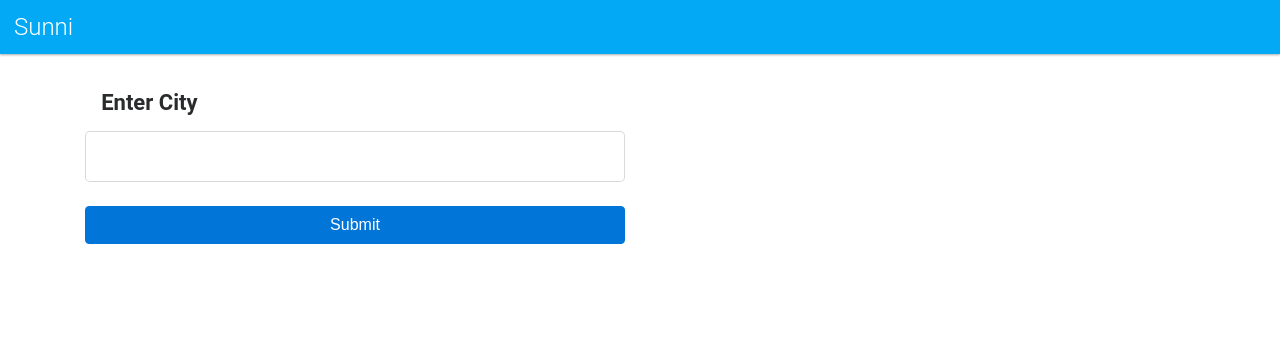
Repository: Oakga/Weather_app
Page: index.html
These files come from the project's save history. The page is drawn as it stood at one moment and after the next save; the edit follows.
The browser window is 1280 px wide. The pictures show the whole page.

Above is the page before, as saved 2017-09-22 05:24:24.

### index.html
<!DOCTYPE html>
<html>
<head>
    <meta charset="utf-8">
    <link rel="stylesheet" href="https://maxcdn.bootstrapcdn.com/bootstrap/4.0.0-alpha.6/css/bootstrap.min.css" integrity="sha384-rwoIResjU2yc3z8GV/NPeZWAv56rSmLldC3R/AZzGRnGxQQKnKkoFVhFQhNUwEyJ" crossorigin="anonymous">
    <!-- <link href='http://fonts.googleapis.com/css?family=Roboto:400,300,700' rel='stylesheet' type='text/css'> -->
    <link href="css/styles.css" rel="stylesheet" type="text/css">
    <script src="https://unpkg.com/axios/dist/axios.min.js"></script>
</head>
<body>
    <header>
        <h1>Sunni</h1>
    </header>
    <div class="container">
        <div class="row">
            <div class="col">
                <h2>Enter City</h2>
                <form id="location-form">
                    <input type="text" id="location-input" class="form-control form-control-lg "/>
                    <br>
                    <button type="submit" class="btn btn-primary btn-block">Submit</button>
                </form>
                <div id="formatted-address"></div>
                <div id="geometry-component"></div>
            </div>
            <div class="col"></div>
        </div>
        </div>
        <div class="container-fluid">

            <div id="weather-component"></div>
    </div>
    <script src="js/main.js"></script>
</body>
</html>

### css/styles.css
body {
    font-family: 'Roboto', 'Sans Serif';
    font-size: 16px;
    padding: 0;
    margin: 0;
}

header {
    background-color: #03A9F4;
    padding: 14px;
    box-shadow: 0 1px 3px rgba(0,0,0,0.12), 0 1px 2px rgba(0,0,0,0.24);
}

h1, h2, h3 {
    font-weight: 300;
}

header > h1 {
    font-weight: 300;
    font-size: 24px;
    margin: 0;
    color: #FFFFFF;
}

h2 {
    font-size: 22px;
    margin: 20px 0 0 0;
    padding: 3%;
    font-weight: bolder;
}

.table {
    border-radius: 5px;
    width: 50%;
    margin: 0px auto;
    float: none;
}

### js/main.js

let geoCode = (location) => {
    axios.get('https://maps.googleapis.com/maps/api/geocode/json',{
    params:{
        address: location,
        key: 'AIzaSyAkYBjwd7ygcP8GpAz47QsP3s3vaweLAE0'
    }
}).then(function(response){
    const formattedAddr = response.data.results[0].formatted_address;
    const formattedAddrOutput = `
            <ul class="list-group">
            <li class="list-group-item">
            ${formattedAddr}
            </li>
            </ul>
            `;
    let addressComponents = response.data.results[0].address_components;
    let lat = Math.round(response.data.results[0].geometry.location.lat*10000)/10000;
    let lng = Math.round(response.data.results[0].geometry.location.lng*10000)/10000;
    let geometryOutput = `
            <ul class="list-group">
            <li class="list-group-item">
            <strong>
            Latitude
            </strong>: ${lat}
            </li>
            <li class="list-group-item">
            <strong>
            Longitude
            </strong>: ${lng}
            </li>
            </ul>
            `;
    document.getElementById('formatted-address').innerHTML = formattedAddrOutput;
    document.getElementById('geometry-component').innerHTML = geometryOutput;

    darkSky(lat,lng);

})
.catch(function(error){
    const formattedAddrOutput = `
    <div class="alert alert-danger" role="alert">
    <strong>Unknown Location!</strong> Change a few things up and try submitting again.
    </div>
    `;
    document.getElementById('formatted-address').innerHTML = formattedAddrOutput;
})
};

let darkSky = (lat, lng, date = Date.now()) => {
    let apiCall = 'https://cors-anywhere.herokuapp.com/https://api.darksky.net/forecast/c84a2f187efcca194054935abae32b10/'+lat+','+lng;
    axios.get(apiCall,{
        params: {
            exclude: '[hourly,flags]',
            time: date
        }
    }).then(function(response){
        let weeklyReport = [];
        const months = ['Jan','Feb','Mar','Apr','May','Jun','Jul','Aug','Sep','Oct','Nov','Dec'];
        const days = ['Sun','Mon','Tue','Wed','Thur','Fri','Sat'];
        let year, month, day;
        const currentDate =  response.data.currently;
        const dailyDate = response.data.daily.data;
        for(let i=0;i<dailyDate.length;i++){
            var date = new Date(dailyDate[i].time*1000);
            year = date.getFullYear();
            month = months[date.getMonth()];
            day = days[date.getDay()];
            numDate = date.getDate();
            formattedTime = numDate + ' ' + month + ' ' + year;
            const dayReport = weeklyReport[i] = {
                Time: formattedTime,
                Humidity: dailyDate[i].humidity,
                Precipitation: dailyDate[i].precipProbability,
                Intensity: dailyDate[i].precipIntensity,
                Wind: dailyDate[i].windSpeed,
                MaxTemperature: dailyDate[i].temperatureMax,
                MinTemperature: dailyDate[i].temperatureMin,
            };
        };
        console.log(weeklyReport);
        let columnNames = ``;
        for ( property in weeklyReport[0] ) {
            columnNames += `
            <th>
            ${property}
            </th>
            `;
        };

        let itemRows = ``;
        let reportForTheDay;
        for(var i=0;i<weeklyReport.length;i++){
            reportForTheDay=weeklyReport[i];
            itemRows += `<tr>
            <th scope="row">${reportForTheDay.Time}</th>
            <td>${reportForTheDay.Humidity}</td>
            <td>${reportForTheDay.Precipitation}</td>
            <td>${reportForTheDay.Intensity}</td>
            <td>${reportForTheDay.Wind}</td>
            <td>${reportForTheDay.MaxTemperature}</td>
            <td>${reportForTheDay.MinTemperature}</td>
            </tr>`
        };

        let tableOutput = `
            <table class="table">
            <thead class="thead-inverse" id="table-index">
            ${columnNames}
            </thead>
            <tbody>
            ${itemRows}
            </tbody>
            </table>
        `;
        document.getElementById('weather-component').insertAdjacentHTML("beforebegin",'<h2>Future ForeCasts</h2>');
        document.getElementById('weather-component').innerHTML = tableOutput;

    })
    .catch(function(error){
        console.log(error);
        const alert = `
        <div class="alert alert-danger" role="alert">
        <strong>Cannot find Weather information!</strong> Change a few things up and try submitting again.
        </div>
        `;
        document.getElementById('weather-component').insertAdjacentHTML("afterbegin",alert);
    })
    ;
}


document.getElementById('location-form').addEventListener('submit', function (e){
    e.preventDefault();
    let location = document.getElementById('location-input').value;
    geoCode(location);

});

After the next save:
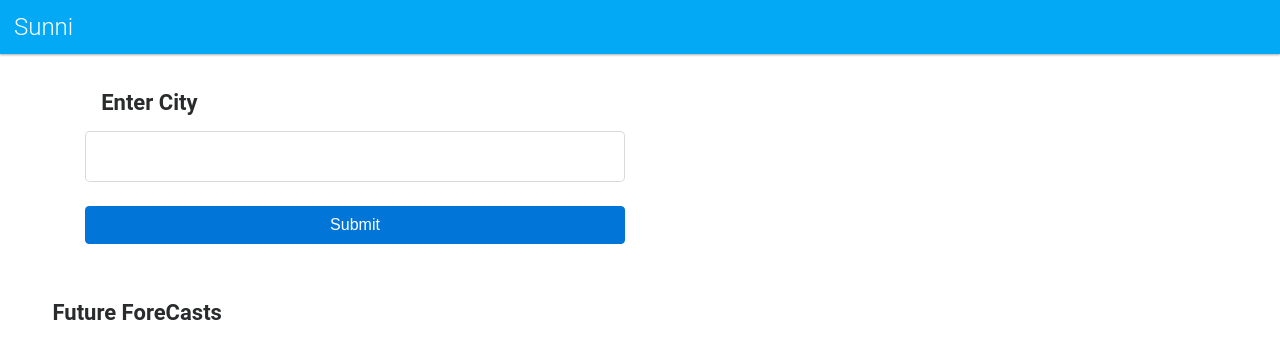
Saved 2 min 10 s later.
--- a/index.html
+++ b/index.html
@@ -25,10 +25,10 @@
             </div>
             <div class="col"></div>
         </div>
-        </div>
-        <div class="container-fluid">
-
-            <div id="weather-component"></div>
+    </div>
+    <div class="container-fluid">
+    <h2>Future ForeCasts</h2>
+        <div id="weather-component"></div>
     </div>
     <script src="js/main.js"></script>
 </body>

After the 2 saves that followed:
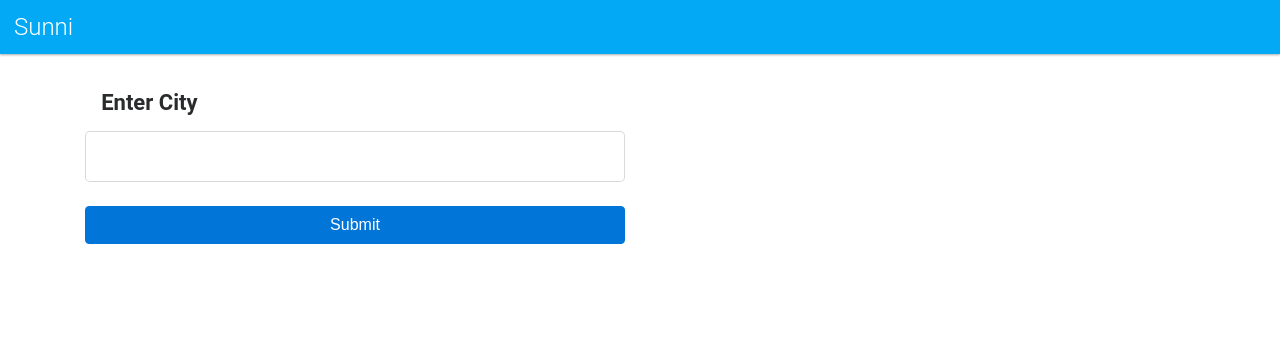
The 2 saves are shown as one change because 1 left the picture as it was.
The last was saved 36 s later.
--- a/index.html
+++ b/index.html
@@ -27,7 +27,6 @@
         </div>
     </div>
     <div class="container-fluid">
-    <h2>Future ForeCasts</h2>
         <div id="weather-component"></div>
     </div>
     <script src="js/main.js"></script>
--- a/js/main.js
+++ b/js/main.js
@@ -113,7 +113,6 @@ let darkSky = (lat, lng, date = Date.now()) => {
             </tbody>
             </table>
         `;
-        document.getElementById('weather-component').insertAdjacentHTML("beforebegin",'<h2>Future ForeCasts</h2>');
         document.getElementById('weather-component').innerHTML = tableOutput;
 
     })
